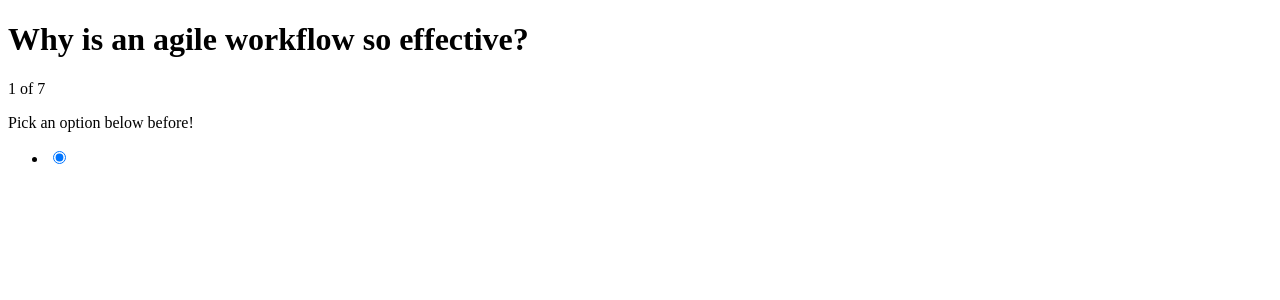
Repository: mukiSabljakovic/Quiz-APP
Page: index.html
An editor plug-in stored every save of this project. The page is shown before and after the next save, followed by the edit.
The browser window is 1280 px wide. The pictures show the whole page.

Above is the page before, as saved 2020-05-01 11:16:19.

After the next save:
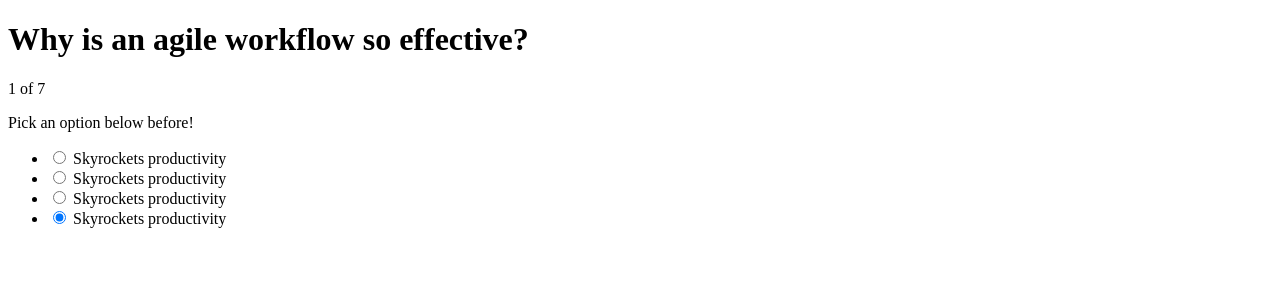
Saved 3 min 0 s later.
--- a/index.html
+++ b/index.html
@@ -24,8 +24,34 @@
                     <ul class="jabquiz__choices">
                         <!-- dynamically with js -->
                         <li class="jabquiz__choice">
-                            <input type="radio" name="choice" class="jabquiz__input" checked>
+                            <input type="radio" name="choice" id="choice0" class="jabquiz__input" checked>
+                            <label for="choice0" class="jabquiz__label">
+                                <i></i>
+                                Skyrockets productivity
+                            </label>
                         </li>
+                        <li class="jabquiz__choice">
+                            <input type="radio" name="choice" id="choice0" class="jabquiz__input" checked>
+                            <label for="choice0" class="jabquiz__label">
+                                <i></i>
+                                Skyrockets productivity
+                            </label>
+                        </li>
+                        <li class="jabquiz__choice">
+                            <input type="radio" name="choice" id="choice0" class="jabquiz__input" checked>
+                            <label for="choice0" class="jabquiz__label">
+                                <i></i>
+                                Skyrockets productivity
+                            </label>
+                        </li>
+                        <li class="jabquiz__choice">
+                            <input type="radio" name="choice" id="choice0" class="jabquiz__input" checked>
+                            <label for="choice0" class="jabquiz__label">
+                                <i></i>
+                                Skyrockets productivity
+                            </label>
+                        </li>
+
                     </ul>
                 </div>
             </div>
